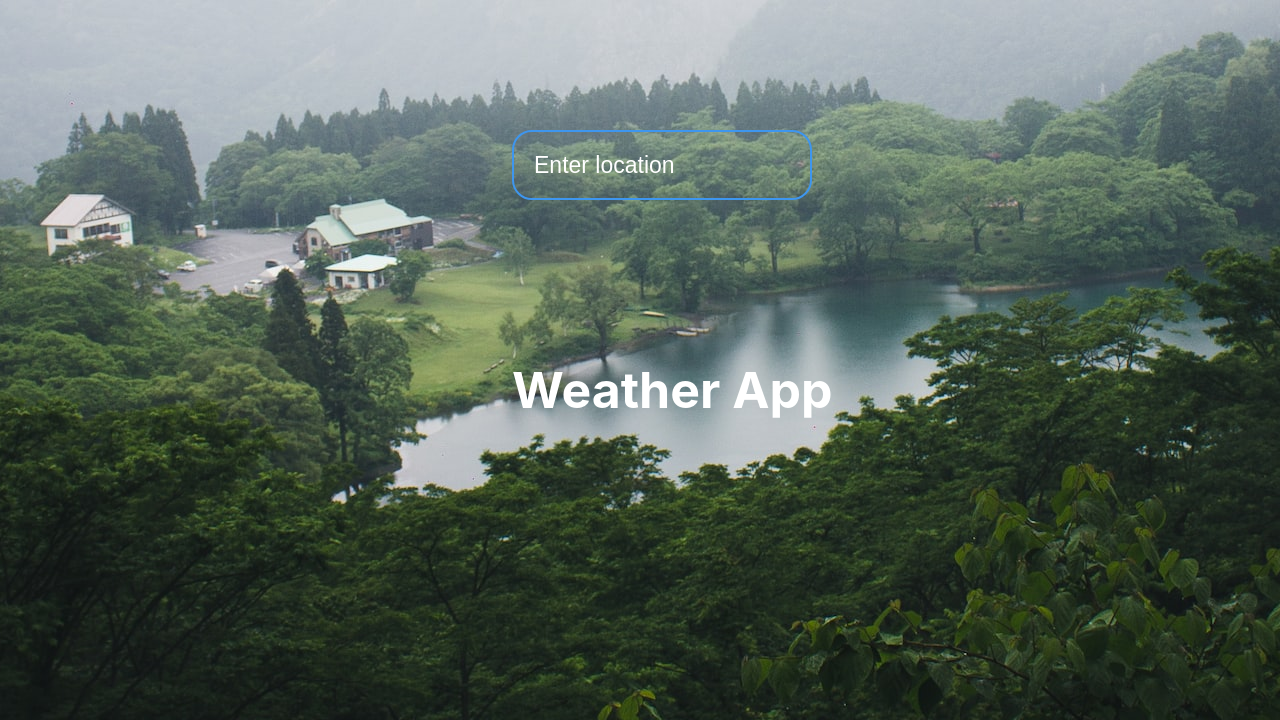
Repository: RenataDzotova/WeatherForecast
Page: /
These files come from the project's save history. The page is drawn as it stood at one moment and after the next save; the edit follows.
The browser window is 1280 px wide. The pictures show the whole page.
The project was rebuilt for these pictures with package versions that can differ from the ones it lists, and the page was loaded fresh each time. The framework's server and built-in components were replaced by stand-ins that run in the browser. Also part of the build but not shown: next.config.js, styles/Home.module.css.

Above is the page before, as saved 2023-01-19 16:37:21.

After the next save:
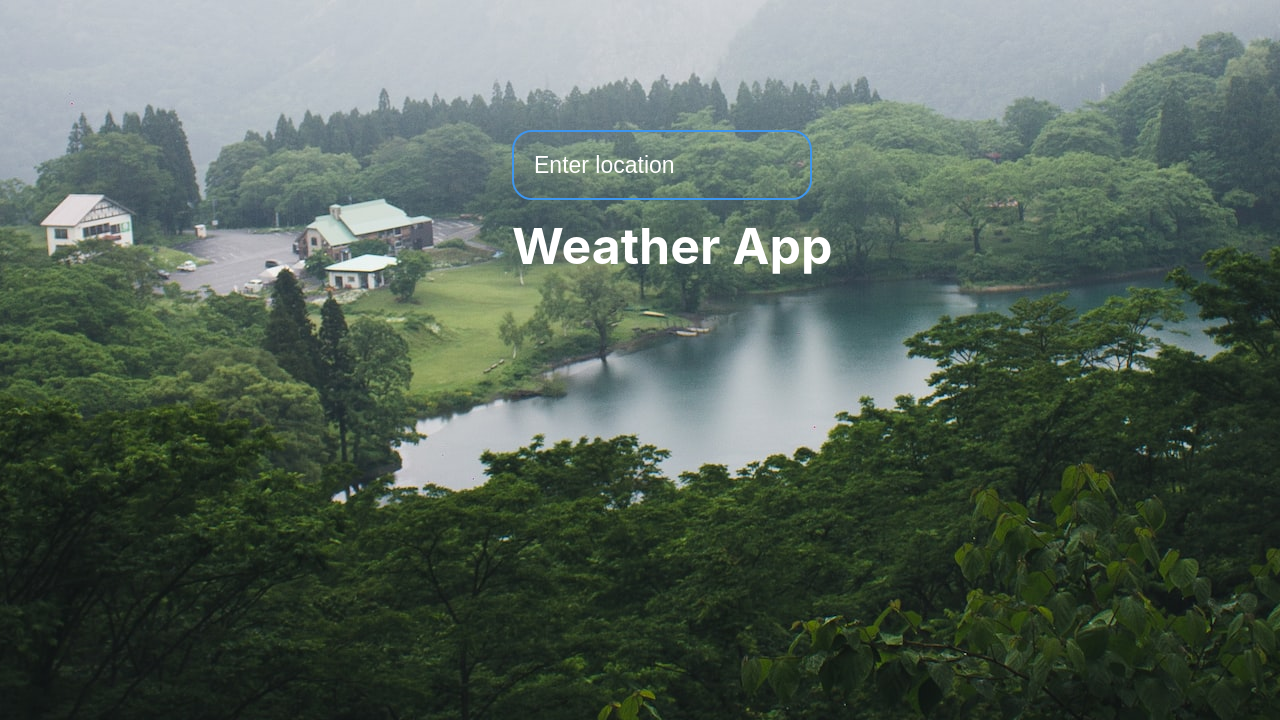
Saved 69 s later.
--- a/styles/globals.css
+++ b/styles/globals.css
@@ -20,7 +20,7 @@ body {
   background-color: transparent;
   position: absolute;
   left: 40%;
-  top: 50%;
+  top: 30%;
 }
 
 a {
